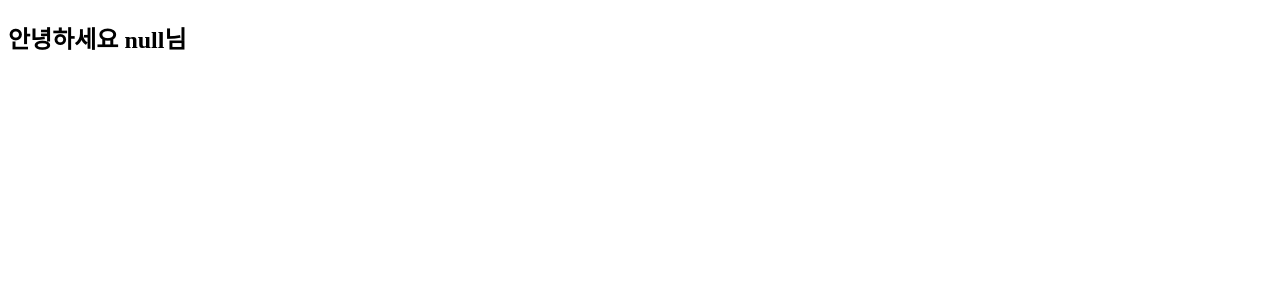
Repository: ddochiisrich/Ddochi-Web
Page: http://localhost/JSPClassCh05/response/sendRedirectLoginOk.jsp
The author's editor kept a copy of each file at every save. The page is drawn from the files as they stood at one save, then again after the next save.
The browser window is 1280 px wide. The pictures show the whole page.
The page is served by Tomcat 9.

Above is the page before, as saved 2024-04-05 01:59:14.

### JSPClassCh05/src/main/webapp/response/sendRedirectLoginOk.jsp
<%@ page language="java" contentType="text/html; charset=UTF-8"
    pageEncoding="UTF-8"%>
<!DOCTYPE html>
<html>
<head>
<meta charset="UTF-8">
<title>Insert title here</title>
</head>
<body>
	<h2>안녕하세요 <%= request.getParameter("id") %>님</h2>
</body>
</html>

After the next save:
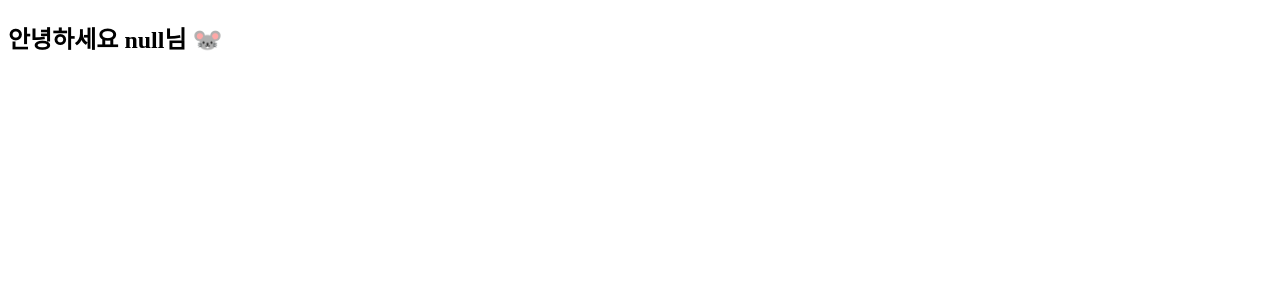
Saved 75 s later.
--- a/JSPClassCh05/src/main/webapp/response/sendRedirectLoginOk.jsp
+++ b/JSPClassCh05/src/main/webapp/response/sendRedirectLoginOk.jsp
@@ -7,6 +7,6 @@
 <title>Insert title here</title>
 </head>
 <body>
-	<h2>안녕하세요 <%= request.getParameter("id") %>님</h2>
+	<h2>안녕하세요 <%= request.getParameter("id") %>님 🐭</h2>
 </body>
 </html>
